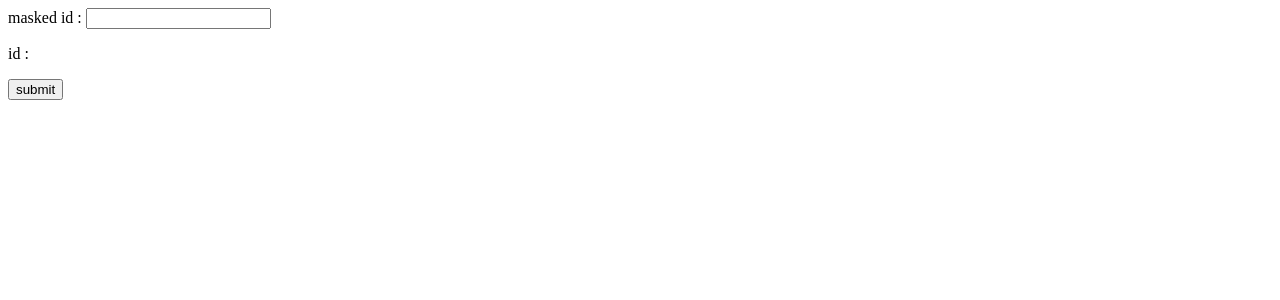
Repository: leebo-ram/tripleacoffee
Page: test.html
An editor plug-in stored every save of this project. The page is shown before and after the next save, followed by the edit.
The browser window is 1280 px wide. The pictures show the whole page.

Above is the page before, as saved 2023-01-07 18:23:00.
Console error: TypeError: Cannot read properties of undefined (reading 'id')

### test.html
<!DOCTYPE html>
<html lang="en">
<head>
  <meta charset="UTF-8">
  <meta http-equiv="X-UA-Compatible" content="IE=edge">
  <meta name="viewport" content="width=device-width, initial-scale=1.0">
  <title>마스킹 테스트</title>
</head>

<script>
make_mask_id('12345678');

function make_mask_id(taxId){

  var maskedId = "";
  if(!taxId){
    return maskedId;
  }
  if(taxId.length < 5){
    maskedId = taxId.replace(/[0-9a-zA-Z]/g, "*");
  } else {
    maskedId =
      taxId.substring(0,4).replace(/[0-9a-zA-Z]/g, "*") + taxId.substring(4);
  }

  document.form1.id.value = taxId;
  document.form1.maskedId.value = maskedId;
}

</script>

<form name="form1">
  masked id : <input type="text" name="maskedId" id="maskedId"  onfocus="this.value=document.form1.id.value; return true;"
         onblur="make_mask_id(this.value); return true;">
  <p/>
  id : <input type="hidden" name="id" id="id">
</form>
  <button onClick="alert(document.form1.id.value); void(0);" >submit</button>
<body>

</body>
</html>

After the next save:
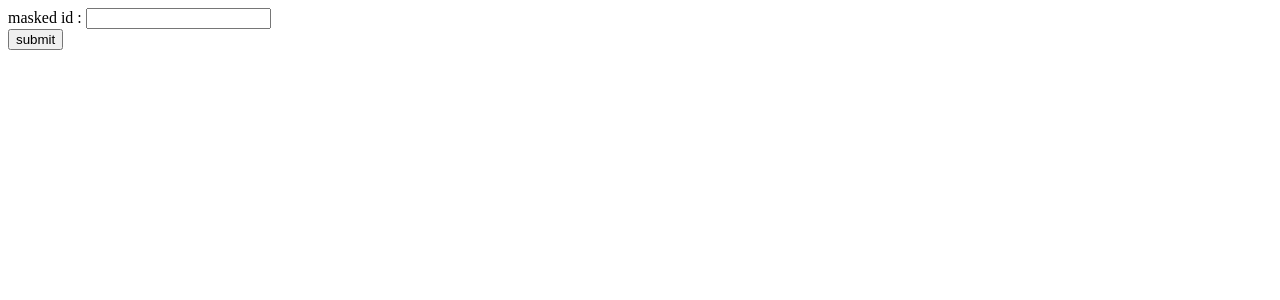
Saved 2 min 33 s later.
--- a/test.html
+++ b/test.html
@@ -32,8 +32,8 @@
 <form name="form1">
   masked id : <input type="text" name="maskedId" id="maskedId"  onfocus="this.value=document.form1.id.value; return true;"
          onblur="make_mask_id(this.value); return true;">
-  <p/>
-  id : <input type="hidden" name="id" id="id">
+
+  <input type="hidden" name="id" id="id">
 </form>
   <button onClick="alert(document.form1.id.value); void(0);" >submit</button>
 <body>
